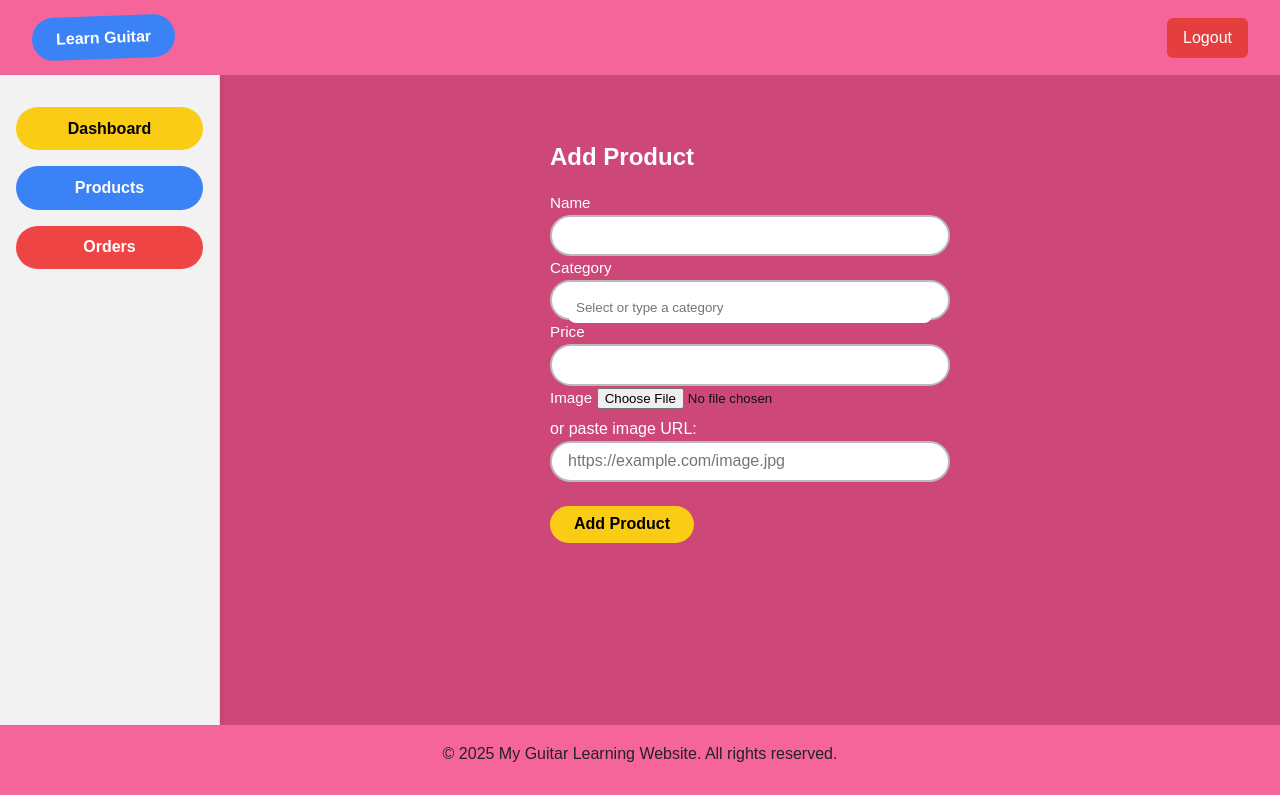
Repository: rywkoo/LearnGuitar
Page: templates/admin/addproduct.html
These files come from the project's save history. The page is drawn as it stood at one moment and after the next save; the edit follows.
The browser window is 1280 px wide. The pictures show the whole page.
The page is served by the project's application, run on Flask 3 (app.py). Other server files are loaded and not shown. The template is opened directly, without the code that normally fills it, so the values that code supplies are empty.

Above is the page before, as saved 2025-08-25 22:44:54.

### templates/admin/addproduct.html
{% extends "admin/admin_master.html" %}

{% block main_content %}


<style>
.custom-dropdown {
  position: relative;
  width: 100%;
  height: 40px;
}

.custom-dropdown input {
  width: 100%;
  padding: 0.5rem;
  border-radius: 8px;
  border: 1px solid #ccc;
}

.dropdown-list {
  position: absolute;
  top: 100%;
  left: 0;
  right: 0;
  background: #fff;
  max-height: 150px;
  overflow-y: auto;
  border: 1px solid #ccc;
  border-radius: 8px;
  display: none;
  margin-top: 2px;
  z-index: 10;
}

.dropdown-list li {
  padding: 0.5rem;
  cursor: pointer;
}

.dropdown-list li:hover {
  background: #f0f0f0;
}

.dropdown-list li.other {
  font-style: italic;
  color: #555;
}
</style>


<div style="width: 400px; margin: 2rem auto;">
    <h2 style="color: white; margin-bottom: 1rem;">Add Product</h2>

    <form id="addProductForm" method="POST" enctype="multipart/form-data">
        <!-- Name -->
        <div class="mb-3">
            <label style="color: white;">Name</label>
            <input class="input" type="text" name="name" required>
        </div>

        <!-- Category -->
        <div class="mb-3">
            <label style="color: white;">Category</label>
            <div class="custom-dropdown input">
                <input
                    type="text"
                    id="categoryInput"
                    name="category"
                    placeholder="Select or type a category"
                    autocomplete="off"
                    value="{{ product['category'] if product else '' }}"
                    required
                    style="
                        background-color: white;
                        color: black;
                        border: none;
                        outline: none;
                        box-shadow: none;
                        top: 100px;
                    "
                >

                <ul class="dropdown-list" id="categoryList">
                    {% for cat in categories %}
                        <li>{{ cat }}</li>
                    {% endfor %}
                    <li class="other">Other...</li>
                </ul>
            </div>
        </div>


        <!-- Price -->
        <div class="mb-3">
            <label style="color: white;">Price</label>
            <input class="input" type="number" name="price" required>
        </div>

        <!-- Image -->
        <div class="mb-3">
            <label style="color: white;">Image</label>
            <input type="file" name="image_file" accept="image/*" style="margin-bottom: 0.5rem;">
            <br>
            <span style="color: white;">or paste image URL:</span>
            <input class="input" type="text" name="image_url" placeholder="https://example.com/image.jpg">
        </div>

        <!-- Submit -->
    </br>
        <button class="btn btn-primary" type="submit">Add Product</button>
    </form>
</div>

<!-- Success Modal -->
<div id="successModal" style="
    display: none;
    position: fixed;
    inset: 0;
    background: rgba(0,0,0,0.5);
    justify-content: center;
    align-items: center;
    z-index: 999;
">
    <div style="
        background: #fff;
        padding: 2rem;
        border-radius: 12px;
        text-align: center;
        width: 300px;
    ">
        <div style="font-size: 3rem; color: green;">✔️</div>
        <h3>New Product Added!</h3>
    </div>
</div>

<script>
const form = document.getElementById('addProductForm');
const modal = document.getElementById('successModal');

form.addEventListener('submit', function(event) {
    event.preventDefault(); // Prevent default form submission

    const formData = new FormData(form);

    fetch(form.action || window.location.href, {
        method: 'POST',
        body: formData
    })
    .then(res => {
        if (res.ok) {
            // Show modal
            modal.style.display = 'flex';

            // Redirect to product list after 1.5s
            setTimeout(() => {
                window.location.href = "{{ url_for('admin_products') }}";
            }, 1500);
        } else {
            res.text().then(txt => alert('Error adding product: ' + txt));
        }
    })
    .catch(err => {
        console.error(err);
        alert('Error adding product.');
    });
});
</script>

<script>
const input = document.getElementById('categoryInput');
const list = document.getElementById('categoryList');

input.addEventListener('focus', () => {
  list.style.display = 'block';
});

input.addEventListener('input', () => {
  const value = input.value.toLowerCase();
  Array.from(list.children).forEach(li => {
    li.style.display = li.textContent.toLowerCase().includes(value) ? 'block' : 'none';
  });
});

Array.from(list.children).forEach(li => {
  li.addEventListener('click', () => {
    if (li.classList.contains('other')) {
      input.value = '';
      input.focus();
    } else {
      input.value = li.textContent;
    }
    list.style.display = 'none';
  });
});

document.addEventListener('click', e => {
  if (!e.target.closest('.custom-dropdown')) {
    list.style.display = 'none';
  }
});
</script>
{% endblock %}

### templates/admin/admin_master.html
<!DOCTYPE html>
<html lang="en">
<head>
  <meta charset="UTF-8">
  <title>{% block title %}My Flask App{% endblock %}</title>
  {% include "css.html" %}
</head>
<body style="margin:0; font-family: sans-serif;">

  <!-- ===== Navbar ===== -->
  <nav style="padding: 1rem 2rem; display: flex; justify-content: space-between; align-items: center; background: #f6659a; color:white;">
    <a href="/" class="btn btn-secondary btn-lg" style="transform: rotate(-2deg);">Learn Guitar</a>
    <div class="nav-links" style="display: flex; gap:5px;">
      <a href="/logout" style="padding: 0.5rem 1rem; background: #e53e3e; color:white; border-radius: 6px; text-decoration:none;">Logout</a>
    </div>
  </nav>

  <!-- ===== Layout Wrapper ===== -->
  <div style="display: flex; min-height: calc(100vh - 70px);">

    <!-- ===== Sidebar ===== -->
    <aside style="
      width: 220px;
      background: #f2f2f2;
      padding: 2rem 1rem;
      border-right: 1px solid #ddd;
      box-shadow: 2px 0 6px rgba(0,0,0,0.05);
    ">
      <nav style="display: flex; flex-direction: column; gap: 1rem;">
        <a class="btn btn-primary" href="/admin" >Dashboard</a>
        <a class="btn btn-secondary" href="/admin/products" >Products</a>
        <a class="btn btn-danger" href="/admin/orders" >Orders</a>
      </nav>
    </aside>

    <!-- ===== Main Content ===== -->
    <main style="flex: 1; padding: 2rem;">
      {% block main_content %}
      <!-- Page content will go here -->
      {% endblock %}
    </main>

  </div>

  <!-- ===== Footer ===== -->
  <footer style="text-align: center; padding: 1rem 1rem; background: #f6659a; color:white; border-top: 1px solid #f6659a;">
    <p>&copy; 2025 My Guitar Learning Website. All rights reserved.</p>
  </footer>

  {% include "script.html" %}

  <script src="https://unpkg.com/vue@3/dist/vue.global.js"></script>
</body>
</html>

### templates/css.html
<!-- css.html -->
<link rel="stylesheet" href="{{ url_for('static', filename='css/btn.css') }}">
<link rel="stylesheet" href="{{ url_for('static', filename='css/card.css') }}">
<link rel="stylesheet" href="{{ url_for('static', filename='css/input.css') }}">
<link rel="stylesheet" href="{{ url_for('static', filename='css/typography.css') }}">
<link rel="stylesheet" href="{{ url_for('static', filename='css/style.css') }}">
<link rel="stylesheet" href="{{ url_for('static', filename='css/animation.css') }}">
<link rel="stylesheet" href="{{ url_for('static', filename='css/lesson.css') }}">
<link rel="stylesheet" href="{{ url_for('static', filename='css/shop.css') }}">

### templates/script.html
<script src="https://cdn.jsdelivr.net/npm/sweetalert2@11"></script>
<script>
  // ===== Background Slider =====
  (function() {
    const bgSlider = document.querySelector('.hero-left .hero-bg-slider');
    if (!bgSlider) return; // Exit if element doesn't exist

    const images = [
      'https://www.uk-anime.net/images/bocchimain.png',
      'https://www.cnet.com/a/img/resize/3b4b3e192a9d75bd060ba4debe8d13a14caef990/hub/2024/07/06/b6981ace-771d-4971-8a9e-60e8c83bc66e/bocchi-the-rock-photo-1.jpg?auto=webp&fit=crop&height=900&width=1200',
      'https://www.uk-anime.net/images/bocchimain.png',
      'https://www.cnet.com/a/img/resize/3b4b3e192a9d75bd060ba4debe8d13a14caef990/hub/2024/07/06/b6981ace-771d-4971-8a9e-60e8c83bc66e/bocchi-the-rock-photo-1.jpg?auto=webp&fit=crop&height=900&width=1200'
    ];

    let current = 0;

    function changeBackground() {
      bgSlider.style.backgroundImage = `url(${images[current]})`;
      current = (current + 1) % images.length;
    }

    changeBackground();
    setInterval(changeBackground, 5000);
  })();
</script>

<script>
  // ===== Quantity Adjust =====
  function adjustQty(delta) {
    const input = document.getElementById('quantityInput');
    if (!input) return; // Exit if element doesn't exist

    let value = parseInt(input.value);
    if (!isNaN(value)) {
      input.value = Math.max(1, value + delta);
    }
  }
</script>

### app.py
from flask import Flask, render_template, request, redirect, url_for, flash, session, jsonify
from flask_mail import Mail, Message
import json
import requests
from datetime import date
from dotenv import load_dotenv
import os
from reportlab.lib.pagesizes import letter
from reportlab.pdfgen import canvas

app = Flask(__name__)
app.secret_key = "741e4fa4-f067-4aec-b48d-deb18e9cca92"

import route

@app.route("/components")
def components():
    return render_template("component.html")

if __name__ == "__main__":
    app.run(debug=True)

### static/css/btn.css
.btn {
  display: inline-block;
  padding: 0.6rem 1.5rem;
  border-radius: 9999px;  /* fully rounded */
  border: none;
  cursor: pointer;
  font-weight: 600;
  text-decoration: none;
  transition: background 0.2s, box-shadow 0.2s;
  font-size: 1rem;

  /* Add shadow */
/* flat shadow downwards */
}

/* Optional: hover effect (slightly stronger shadow) */
.btn:hover {
  box-shadow: 0 3px 0 #45454576;
}

/* Primary: Yellow bg, black text */
.btn-primary {
  background: #facc15;
  color: #000;
}

/* Secondary: Blue bg, white text */
.btn-secondary {
  background: #3b82f6;
  color: #fff;
}

/* Danger: Red bg, white text */
.btn-danger {
  background: #ef4444;
  color: #fff;
}

### static/css/card.css
/* ===== Base Card Component ===== */
.card {
  border-radius: 16px;       /* rounded corners */
  padding: 1.5rem;
  margin-bottom: 1.5rem;
  transition: box-shadow 0.3s, transform 0.2s;
  color: #111;               /* default text color */
  box-shadow: 0 4px 0 #888888; /* default flat shadow */
}

.card:hover {
  transform: translateY(-2px);
  box-shadow: 0 6px 0 #888888; /* slightly longer shadow on hover */
}

/* ===== Card Variants ===== */

/* Primary - Pink */
.card-pink {
  background: #f6659a;       /* light pink */
  box-shadow: 0 4px 0 #d35c7f;
}
.card-pink:hover {
  box-shadow: 0 6px 0 #af4d6b;
}

/* Secondary - Yellow */
.card-yellow {
  background: #facc15;       /* yellow */
  box-shadow: 0 4px 0 #d4a90f;
}
.card-yellow:hover {
  box-shadow: 0 6px 0 #e0b01a;
}

/* Danger/Accent - Blue */
.card-blue {
  background: #3b82f6;       /* blue */
  color: #fff;               /* white text for contrast */
  box-shadow: 0 4px 0 #2563eb;
}
.card-blue:hover {
  box-shadow: 0 6px 0 #1d4ed8;
}

/* Card header */
.card h2 {
  font-size: 1.25rem;
  margin-bottom: 0.8rem;
}

/* Card paragraph/text */
.card p {
  font-size: 1rem;
}

### static/css/input.css
/* ===== Input Fields ===== */
* {
  margin: 0;
  padding: 0;
  box-sizing: border-box; /* ensures padding is included in width */
}


.input {
  width: 100%;
  padding: 0.6rem 1rem;
  border: 2px solid #bababa;   /* gray border matching shadow */
  border-radius: 9999px;       /* fully rounded, like buttons */
  background: #ffffff;         /* very light pink background */
  font-size: 1rem;
  outline: none;
  transition: border-color 0.2s, box-shadow 0.2s;
  color: #111;                 /* dark text */
}

### static/css/typography.css
/* ===== Global Text Settings ===== */
body {
  font-family: 'Segoe UI', Tahoma, Geneva, Verdana, sans-serif;
  color: #111;       /* dark text for readability */
  line-height: 1.5;
  background: #fffafc; /* subtle light background */
}

/* ===== Headings ===== */
h1 {
  font-size: 2rem;
  font-weight: 700;
  margin-bottom: 1rem;
  color: #111;
}

h2 {
  font-size: 1.5rem;
  font-weight: 600;
  margin-bottom: 0.8rem;
  color: #111;
}

h3 {
  font-size: 1.25rem;
  font-weight: 500;
  margin-bottom: 0.6rem;
  color: #111;
}

/* ===== Paragraphs ===== */
p {
  font-size: 1rem;
  margin-bottom: 0.8rem;
  color: #222;  /* slightly lighter than headings */
}

/* ===== Labels ===== */
label {
  font-size: 0.95rem;
  font-weight: 500;
  color: #111;
}

/* ===== Links ===== */
a {
  text-decoration: none;
  transition: color 0.2s;
}

a:hover {
  text-decoration: none;
}

/* ===== Small Text ===== */
small {
  font-size: 0.85rem;
  color: #ffffff;
}

/* ===== Button Text ===== */
.btn {
  font-family: inherit; /* use same font as body */
  font-weight: 600;
  font-size: 1rem;
  text-align: center;
}

### static/css/style.css
body {
    background-color: #cd4778;
}

### static/css/animation.css

/* Animate background position horizontally */
@keyframes slideBg {
  0% { background-position: 0% center; }
  25% { background-position: 100% center; }
  50% { background-position: 200% center; }
  75% { background-position: 300% center; }
  100% { background-position: 400% center; }
}

### static/css/lesson.css
/* ===== Lesson Cards ===== */
.lesson-card {
  display: flex;
  align-items: center;
  gap: 1rem;
  padding: 1rem 1.5rem;
  border-radius: 16px;
  box-shadow: 0 4px 0 #888888; /* flat shadow downward */
  background: #fff;
  transition: transform 0.2s, box-shadow 0.2s;
}

.lesson-card:hover {
  transform: translateY(-3px);
  box-shadow: 0 6px 0 #666666;
}

/* Lesson image on the left */
.lesson-image img {
  width: 100px;
  height: 100px;
  object-fit: cover;
  border-radius: 8px;
}

/* Title in the middle */
.lesson-title {
  flex: 1;
  font-size: 1.2rem;
  color: #111;
}

/* Button on the right */
.lesson-action .btn {
  padding: 0.5rem 1.2rem;
  font-size: 1rem;
}

/* Optional: responsive for small screens */
@media (max-width: 600px) {
  .lesson-card {
    flex-direction: column;
    align-items: flex-start;
  }
  .lesson-action {
    width: 100%;
    margin-top: 0.5rem;
  }
}

### static/css/shop.css
/* ===== Shop Container ===== */

.hidden-card {
    display: none !important;
}

.shop-container {
  display: flex;
  gap: 2rem;
  padding: 2rem;
  max-width: 1400px;    /* limit width */
  margin: 0 auto;       /* center horizontally */
  box-sizing: border-box;
}

/* ===== Shop Sidebar ===== */
.shop-sidebar {
  width: 400px;
  flex-shrink: 0;
  background: #f5f5f5;
  padding: 1.5rem;
  border-radius: 16px;
  box-shadow: 0 4px 0 #ccc;
  display: flex;
  flex-direction: column;
  gap: 1.5rem;
  position: sticky;
  top: 1rem;
  height: fit-content;
}

/* Sidebar headings */
.shop-sidebar h3 {
  font-size: 1.1rem;
  font-weight: 600;
  color: #111;
  margin-bottom: 0.5rem;
}

/* Inputs inside sidebar */
.shop-sidebar input[type="text"],
.shop-sidebar input[type="checkbox"] {
  margin-bottom: 0.5rem;
}

/* Checkbox labels */
.shop-sidebar label {
  display: flex;
  align-items: center;
  gap: 0.5rem;
  font-size: 0.9rem;
  color: #111;
  cursor: pointer;
}

/* Filter button */
.shop-sidebar .btn-filter {
  background: #3b82f6;
  color: #fff;
  padding: 0.6rem 1rem;
  border-radius: 12px;
  font-weight: 600;
  border: none;
  cursor: pointer;
  transition: background 0.2s, box-shadow 0.2s;
}
.shop-sidebar .btn-filter:hover {
  background: #2563eb;
  box-shadow: 0 3px 0 #666;
}

/* ===== Shop Products Grid ===== */
.shop-products {
  display: grid;
  grid-template-columns: repeat(auto-fill, minmax(250px, 1fr));
  gap: 1rem;
  flex: 1;
}

/* ===== Shop / Instrument Card ===== */
.shop-card {
  display: flex;
  flex-direction: column;
  align-items: center;
  gap: 0.5rem;
  padding: 1rem;
  border-radius: 16px;
  box-shadow: 0 4px 0 #888;
  background: #fff;
  transition: transform 0.2s, box-shadow 0.2s;
}
.shop-card:hover {
  transform: translateY(-3px);
  box-shadow: 0 6px 0 #666;
}

/* Category badge */
.shop-card .shop-category {
  padding: 0.2rem 0.6rem;
  border-radius: 12px;
  background-color: #facc15;
  color: #111;
  font-size: 0.8rem;
  font-weight: 600;
  text-transform: uppercase;
}

/* Instrument image */
.shop-card img {
  width: 100%;
  aspect-ratio: 1 / 1;
  object-fit: cover;
  border-radius: 12px;
}

/* Instrument title */
.shop-card .shop-title {
  font-size: 1.1rem;
  font-weight: 600;
  text-align: center;
  color: #111;
}

/* Price */
.shop-card .shop-price {
  font-size: 1rem;
  font-weight: 500;
  color: #444;
}

/* Add to Cart button */
.shop-card .btn-add {
  padding: 0.5rem 1rem;
  margin-top: 0.5rem;
  width: 100%;
  text-align: center;
  border-radius: 12px;
}

/* ===== Responsive adjustments ===== */
@media (max-width: 992px) {
  .shop-container {
    flex-direction: column;
  }

  .shop-sidebar {
    width: 100%;
    position: relative;
    top: auto;
    box-shadow: none;
    border-radius: 0;
    padding: 1rem 0;
  }

  .shop-products {
    grid-template-columns: repeat(auto-fill, minmax(200px, 1fr));
  }
}

After the next save:
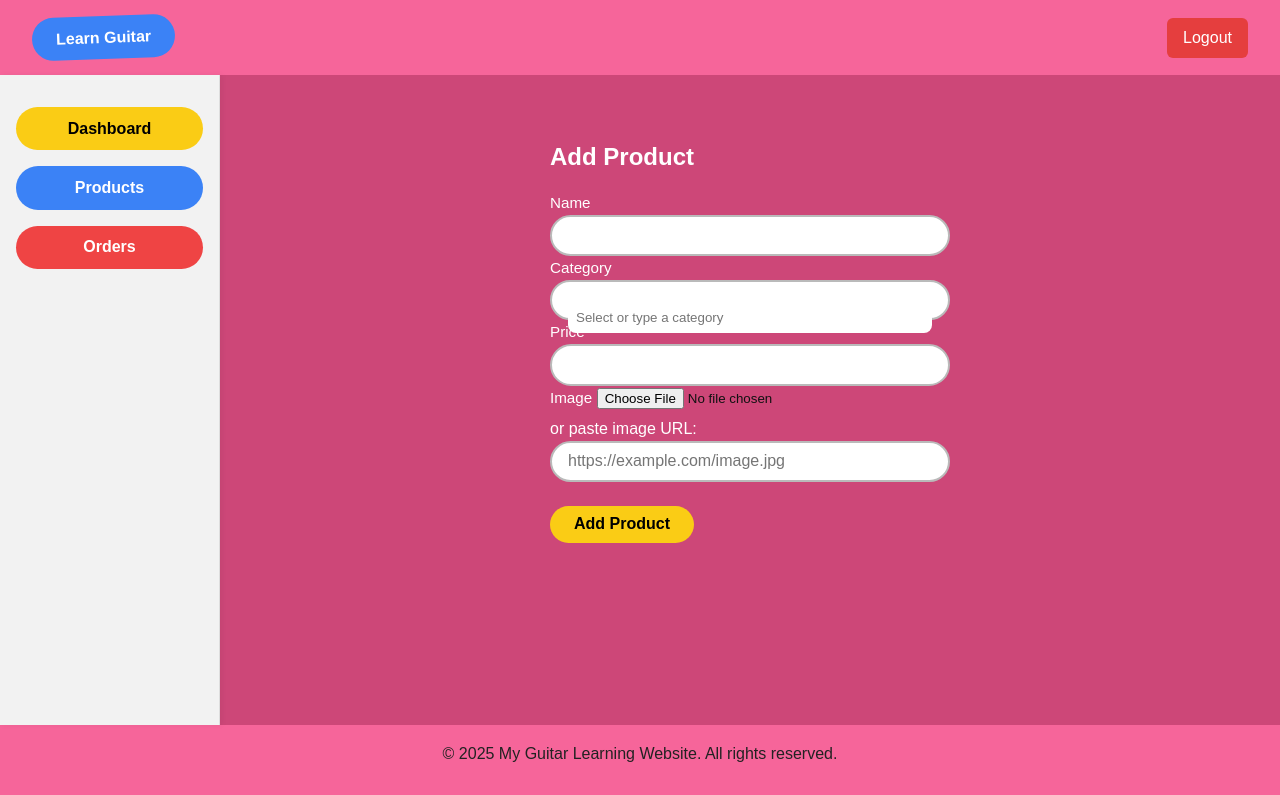
Saved 9 s later.
--- a/templates/admin/addproduct.html
+++ b/templates/admin/addproduct.html
@@ -76,7 +76,7 @@
                         border: none;
                         outline: none;
                         box-shadow: none;
-                        top: 100px;
+                        margin-top: 10px;
                     "
                 >
 
